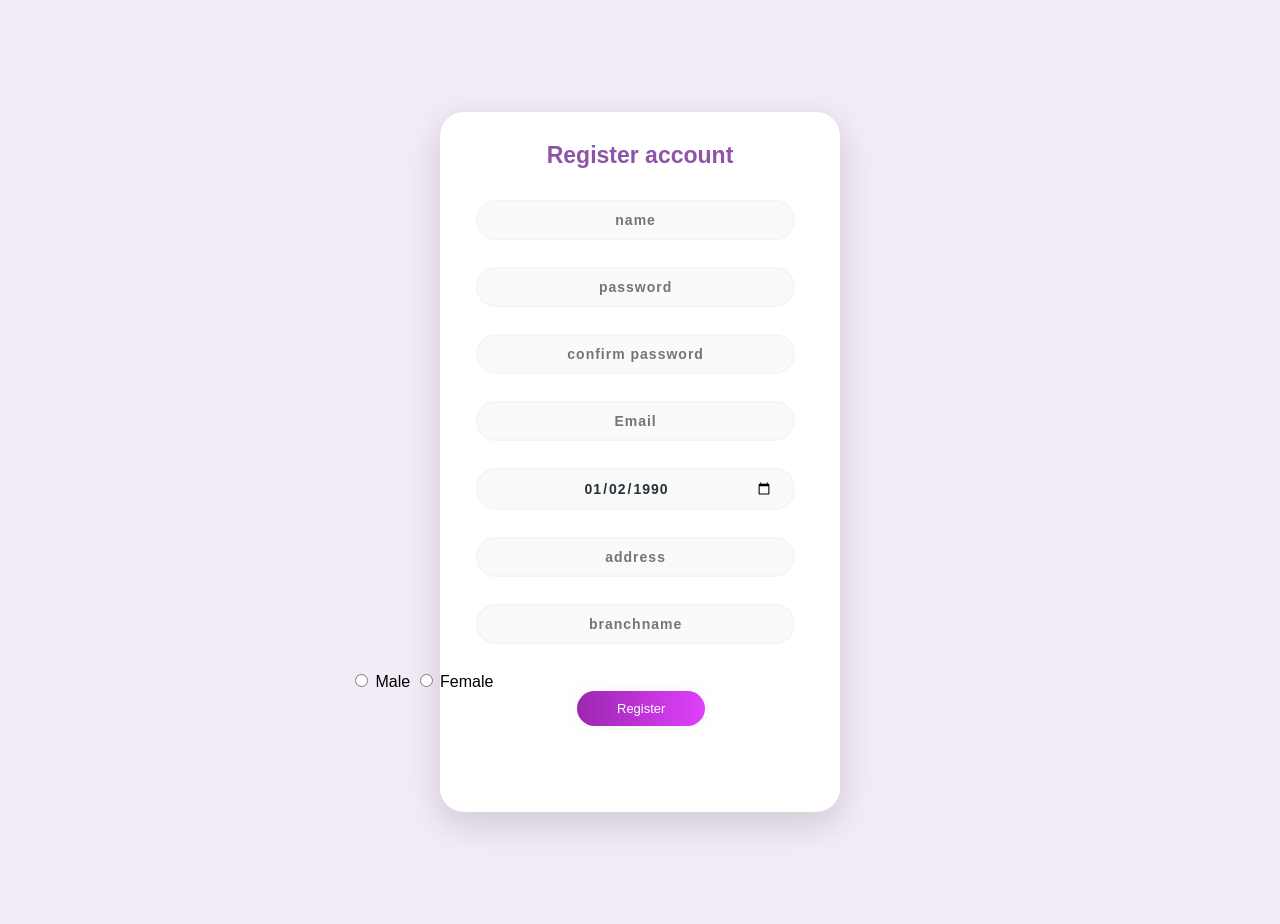
Repository: anujs099/bankingapp
Page: banking-application-final/WebContent/Register.html
The author's editor kept a copy of each file at every save. The page is drawn from the files as they stood at one save, then again after the next save.
The browser window is 1280 px wide. The pictures show the whole page.

Above is the page before, as saved 2021-03-07 17:08:24.

### banking-application-final/WebContent/Register.html
<!DOCTYPE html>
<html>
<head>
<meta charset="ISO-8859-1">
<title>Insert title here</title>
<link rel="stylesheet" href="LoginFile.css">
</head>
<body>
<div class="main" style="width: 400px;
        height: 700px;">
        <p class="sign" align="center" style="padding-top:30px">Register account</p>
<Form action="registerservlet" method="post" style="margin:-10px" ><br>
<input type="text" placeholder="name" name="firstname" class="un"><br>
<input type="password" placeholder="password" name="password" class="un"><br>
<input type="password" placeholder="confirm password" class="un"><br>

<input type="email" placeholder="Email" name="email" class="un"><br>
<input type="date" min="1990-01-01" max="2030-02-08" value="1990-01-02" name="date" class="un"><br>
<input type="text" placeholder="address" name="Address" class="un"><br>
<input type="text" placeholder="branchname" name="branch" class="un"><br>
<div class="control" class="un" style="position: relative;right:80px">
  <label class="radio">
    <input type="radio" name="answer" value="male"></input>
   	Male
  </label>
  <label class="radio">
    <input type="radio" name="answer" value="female"></input>
    Female
  </label>
</div>
<input type="submit" value="Register" class="submit"><br>
</Form>
</div>
</body>
</html>

### banking-application-final/WebContent/LoginFile.css
@charset "ISO-8859-1";
 body {
        background-color: #F3EBF6;
        font-family: 'Ubuntu', sans-serif;
    }

    .main {
        background-color: #FFFFFF;
        width: 400px;
        height: 400px;
        margin: 7em auto;
        border-radius: 1.5em;
        box-shadow: 0px 11px 35px 2px rgba(0, 0, 0, 0.14);
    }

    .sign {
        padding-top: 40px;
        color: #8C55AA;
        font-family: 'Ubuntu', sans-serif;
        font-weight: bold;
        font-size: 23px;
    }

    .un {
    width: 76%;
    color: rgb(38, 50, 56);
    font-weight: 700;
    font-size: 14px;
    letter-spacing: 1px;
    background: rgba(136, 126, 126, 0.04);
    padding: 10px 20px;
    border: none;
    border-radius: 20px;
    outline: none;
    box-sizing: border-box;
    border: 2px solid rgba(0, 0, 0, 0.02);
    margin-bottom: 50px;
    margin-left: 46px;
    text-align: center;
    margin-bottom: 27px;
    font-family: 'Ubuntu', sans-serif;
    }

    form.form1 {
        padding-top: 40px;
    }

    .pass {
            width: 76%;
    color: rgb(38, 50, 56);
    font-weight: 700;
    font-size: 14px;
    letter-spacing: 1px;
    background: rgba(136, 126, 126, 0.04);
    padding: 10px 20px;
    border: none;
    border-radius: 20px;
    outline: none;
    box-sizing: border-box;
    border: 2px solid rgba(0, 0, 0, 0.02);
    margin-bottom: 50px;
    margin-left: 46px;
    text-align: center;
    margin-bottom: 27px;
    font-family: 'Ubuntu', sans-serif;
    }


    .un:focus, .pass:focus {
        border: 2px solid rgba(0, 0, 0, 0.18) !important;

    }

    .submit {
      cursor: pointer;
        border-radius: 5em;
        color: #fff;
        background: linear-gradient(to right, #9C27B0, #E040FB);
        border: 0;
        padding-left: 40px;
        padding-right: 40px;
        padding-bottom: 10px;
        padding-top: 10px;
        font-family: 'Ubuntu', sans-serif;
        margin-left: 35%;
        font-size: 13px;
        box-shadow: 0 0 20px 1px rgba(0, 0, 0, 0.04);
    }

    .forgot {
        text-shadow: 0px 0px 3px rgba(117, 117, 117, 0.12);
        color: #E1BEE7;
        padding-top: 15px;
    }

    a {
        text-shadow: 0px 0px 3px rgba(117, 117, 117, 0.12);
        color: #E1BEE7;
        text-decoration: none
    }

    @media (max-width: 600px) {
        .main {
            border-radius: 0px;
        }

    }

After the next save:
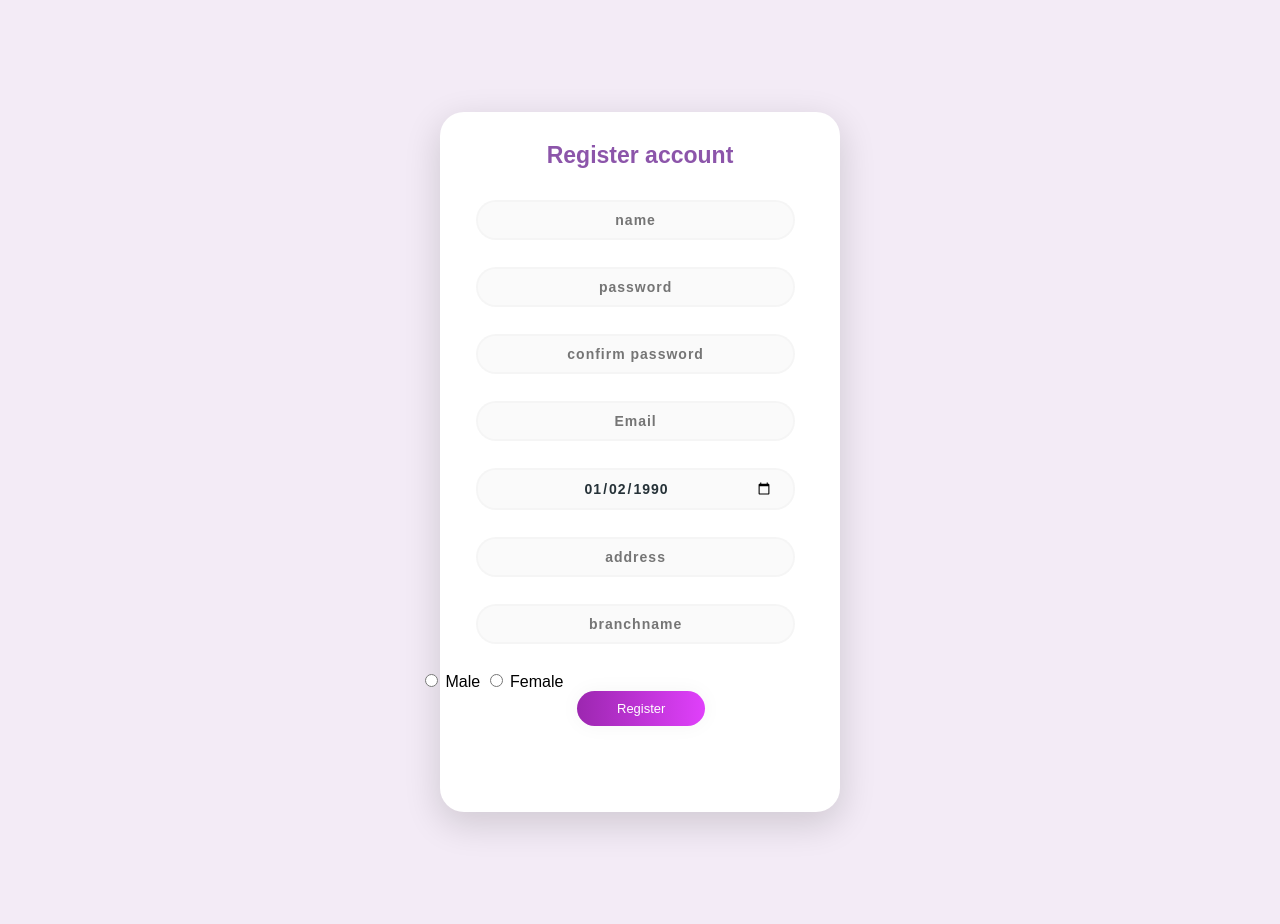
Saved 18 s later.
--- a/banking-application-final/WebContent/Register.html
+++ b/banking-application-final/WebContent/Register.html
@@ -18,7 +18,7 @@
 <input type="date" min="1990-01-01" max="2030-02-08" value="1990-01-02" name="date" class="un"><br>
 <input type="text" placeholder="address" name="Address" class="un"><br>
 <input type="text" placeholder="branchname" name="branch" class="un"><br>
-<div class="control" class="un" style="position: relative;right:80px">
+<div class="control" class="un" style="position: relative;right:10px">
   <label class="radio">
     <input type="radio" name="answer" value="male"></input>
    	Male
